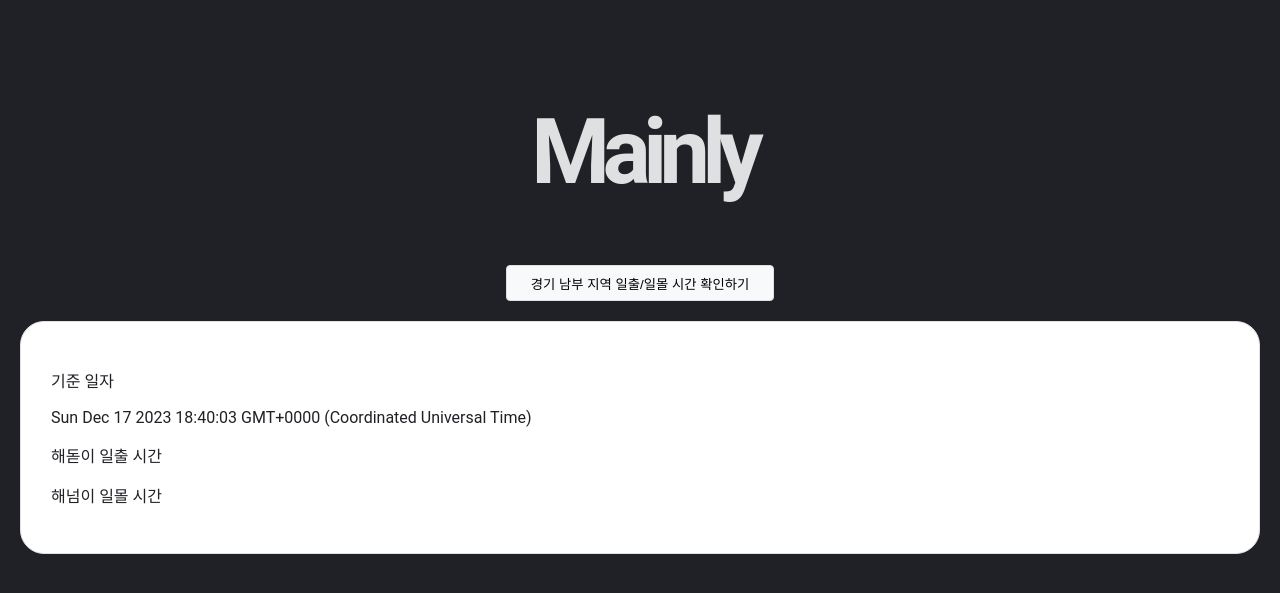
Repository: M1NARTY/WebProgramming
Page: sunsetSunrise.html
An editor plug-in stored every save of this project. The page is shown before and after the next save, followed by the edit.
The browser window is 1280 px wide. The pictures show the whole page.

Above is the page before, as saved 2023-12-21 01:29:36.

### sunsetSunrise.html
<!DOCTYPE html>
<html lang="en">
    <head>
        <meta charset="UTF-8">
        <title>Mainly Sun</title>
        <link rel="stylesheet" href="css/sunsetSunrise.css">
        <script defer src="js/sun.js"></script>
    </head>
    <body>
        <h1 class="title">
            <span>M</span>
            <span>a</span>
            <span>i</span>
            <span>n</span>
            <span>l</span>
            <span>y</span>
        </h1>
        <div class="button">
            <button type="button" id="btn">경기 남부 지역 일출/일몰 시간 확인하기</button>
        </div>
        <div class="sunBox">
            <dl>
                <p>기준 일자</p>
                <p id="date"><script>
                var currentDate = new Date();
                document.write(currentDate)
                </script></p>
                <p>해돋이 일출 시간</p>
                <p id="riseTime"></p>
                <p>해넘이 일몰 시간</p>
                <p id="setTime"></p>
            </dl>
        </div>
    </body>
</html>

### css/sunsetSunrise.css
body {
    background-color: #202027;
    color: #dfe0e1;
    font-family: "Roboto";
    height: 100%;
    margin: 0;
}

div {
    color: #202027;
}

a {
    text-decoration: none;
    text-decoration-line: none;
    color: #dfe0e1;
}

.title {
    text-align: center;
    margin-top: 100px;
    font-family: "Roboto";
    font-size: 90px;
    font-style: normal;
    font-weight: 600;
    line-height: normal;
    letter-spacing: -15px;
}

.sunBox {
    margin: 20px;
    padding: 30px;
    border: 1px solid #DFE1E5;
    border-radius: 24px;
    background: #FFF;
}

#btn {
    display: flex;
    justify-content: center;
    align-items: center;
    width: 268px;
    height: 36px;
    margin: 0 auto;
    margin-top: 26px;
    border-radius: 4px;
    border: 1px solid #dfe0e1;
    background: #F8F9FA;
    gap: 20px;
}

### js/sun.js
document.addEventListener('DOMContentLoaded', function() {
    document.getElementById('btn').addEventListener('click', function() {
        var url = 'https://api.sunrise-sunset.org/json?lat=37.291111&lng=127.008888&date=today&tzId=Asia/Seoul';

        fetch(url)
            .then((response) => response.json())
            .then((data) => {
                var results = data.results;
                var sunriseTime = '';
                var sunsetTime = '';

                var sunrise = results.sunrise || '데이터 없음';
                var sunset = results.sunset || '데이터 없음';

                sunriseTime += `<p>${sunrise}</p>`;
                sunsetTime += `<p>${sunset}</p>`;

                document.querySelector('#riseTime').innerHTML = sunriseTime;
                document.querySelector('#setTime').innerHTML = sunsetTime;
            });
    });
});

After the next save:
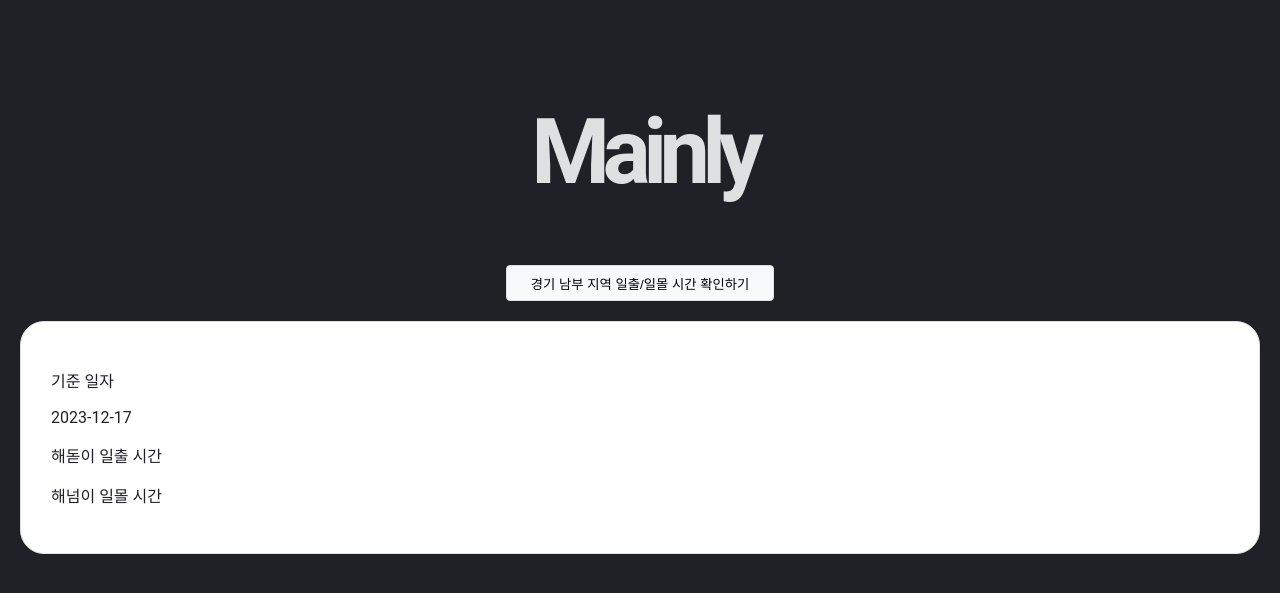
Saved 3 min 6 s later.
--- a/sunsetSunrise.html
+++ b/sunsetSunrise.html
@@ -22,8 +22,11 @@
             <dl>
                 <p>기준 일자</p>
                 <p id="date"><script>
-                var currentDate = new Date();
-                document.write(currentDate)
+                    var date = new Date();
+                    var year = date.getFullYear();
+                    var month = ("0" + (1 + date.getMonth())).slice(-2);
+                    var day = ("0" + date.getDate()).slice(-2);
+                    document.write(year + "-" + month + "-" + day);
                 </script></p>
                 <p>해돋이 일출 시간</p>
                 <p id="riseTime"></p>
